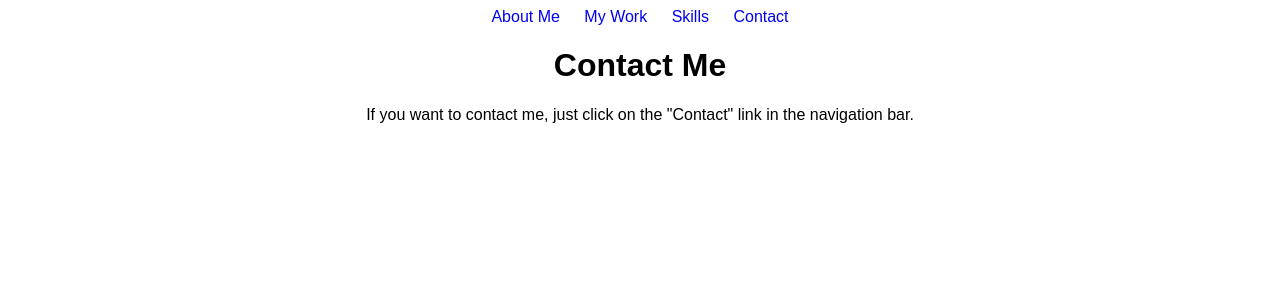
Repository: McBoatright/McBoatright.github.io
Page: contact.html
The author's editor kept a copy of each file at every save. The page is drawn from the files as they stood at one save, then again after the next save.
The browser window is 1280 px wide. The pictures show the whole page.

Above is the page before, as saved 2024-06-17 15:16:26.

After the next save:
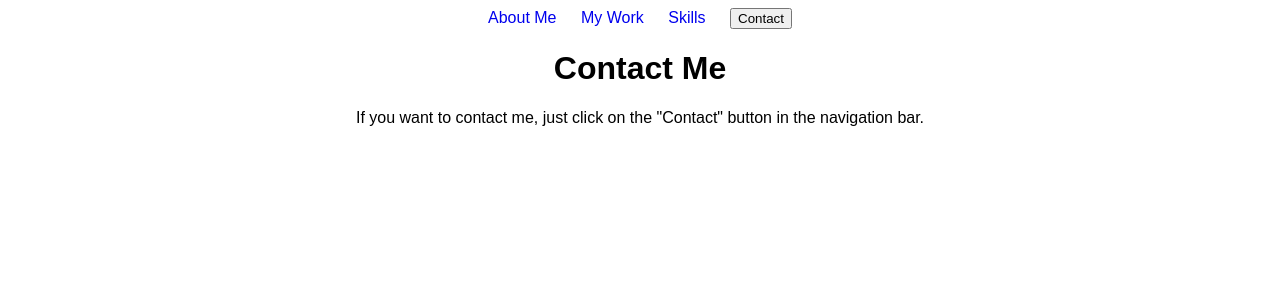
Saved 118 s later.
--- a/contact.html
+++ b/contact.html
@@ -10,11 +10,11 @@
             <li><a href="index.html">About Me</a></li>
             <li><a href="index.html">My Work</a></li>
             <li><a href="index.html">Skills</a></li>
-            <li><a href="mailto:michaelboatright@pm.me">Contact</a></li>
+            <li><button onclick="location.href='mailto:michaelboatright@pm.me'">Contact</button></li>
         </ul>
     </nav>
 
     <h1>Contact Me</h1>
-    <p>If you want to contact me, just click on the "Contact" link in the navigation bar.</p>
+    <p>If you want to contact me, just click on the "Contact" button in the navigation bar.</p>
 </body>
 </html>
